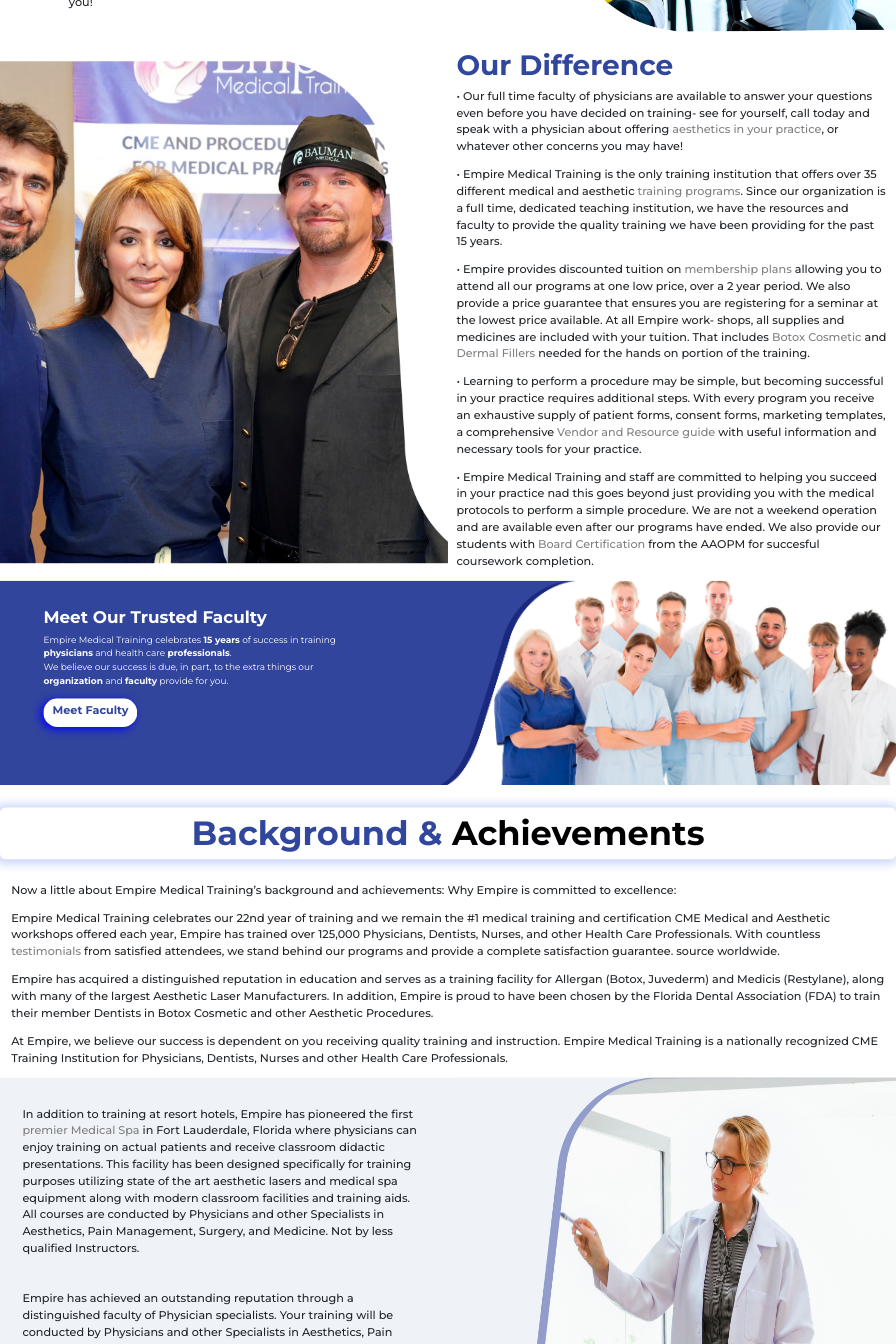
Repository: jorgi710/BODY-CONTOURING-INJECTABLES-AND-ADJUNCT-PROCEDURES
Page: our quarantee/file/public/index.html
The author's editor kept a copy of each file at every save. The page is drawn from the files as they stood at one save, then again after the next save.
The browser window is 1280 px wide. The pictures show the part of the page from y = 1021 to 2941 px (the page is 5599 px tall), at 70% of full size.

Above is the page before, as saved 2021-04-07 07:36:27.

### our quarantee/file/public/index.html
<!DOCTYPE html>
<html lang="en">
  <head>
    <meta charset="UTF-8" />
    <meta http-equiv="X-UA-Compatible" content="IE=edge" />
    <meta name="viewport" content="width=device-width, initial-scale=1.0" />
    <title>Page_3</title>

    <link
      href="https://cdn.jsdelivr.net/npm/bootstrap@5.0.0-beta3/dist/css/bootstrap.min.css"
      rel="stylesheet"
      integrity="sha384-eOJMYsd53ii+scO/bJGFsiCZc+5NDVN2yr8+0RDqr0Ql0h+rP48ckxlpbzKgwra6"
      crossorigin="anonymous"
    />
    <link
      href="https://fonts.googleapis.com/css2?family=Montserrat:wght@400;500;600;700&display=swap"
      rel="stylesheet"
    />
    <link rel="stylesheet" href="css/style.css" />
  </head>
  <body>
    <header>
      <div class="container-fluid m-0 p-0">
        <img src="img/header.jpg" alt="navbar" class="img-fluid m-0 p-0" />
      </div>
    </header>
    <main>
      <section class="section_1">
        <div class="container-fluid">
          <div class="fila-1">
            <div class="row">
              <div class="col-sm-12 col-md-6 text-start">
                <div class="content_section_1">
                  <h1 class="bold mb-3 mt-3">The Empire Medical Training</h1>
                  <img src="img/logo_main.jpg" alt="logo" class="logo" />
                  <p class="medium">
                    Empire is the only teaching institution that offers this
                    extraordinary guarantee: After you have completed your
                    training, if you feel you are not comfortable performing the
                    new procedure or if you believe you need additional
                    training, Empire will provide you with a 1-Day Preceptorship
                    (individual training) at one of our Centers of Excellence.
                  </p>
                  <p class="medium">
                    You will work one on one with one of our teaching faculty in
                    their office perfecting the techniques you just learned and
                    reviewing our many medical “Pearls,” priceless tips we have
                    learned through extensive experience and are now passing
                    onto you!
                  </p>
                </div>
              </div>
              <div class="col-md-6 justify-content-end p-0">
                <img
                  src="img/section_1_1_web.jpg"
                  alt=""
                  class="d-none d-md-block img-fluid"
                />
                <img
                  src="img/section_1_1_mobil.jpg"
                  alt=""
                  class="d-md-none img-fluid mobil"
                />
              </div>
            </div>
          </div>

          <div class="fila-2">
            <div class="row">
              <div class="col-sm-12 col-md-6 p-0 mt-3">
                <img
                  src="img/section_1_2_web.jpg"
                  alt="Our difference"
                  class="d-none d-md-block"
                />
                <img
                  src="img/section_1_2_mobil.jpg"
                  alt=""
                  class="d-md-none mobil"
                />
              </div>
              <div class="col-md-6 text-start">
                <h1 class="bold azul mt-4">Our Difference</h1>
                <p class="medium">
                  • Our full time faculty of physicians are available to answer
                  your questions even before you have decided on training- see
                  for yourself, call today and speak with a physician about
                  offering
                  <span class="claro">aesthetics in your practice</span>, or
                  whatever other concerns you may have!
                </p>
                <p class="medium">
                  • Empire Medical Training is the only training institution
                  that offers over 35 different medical and aesthetic
                  <span class="claro">training programs</span>. Since our
                  organization is a full time, dedicated teaching institution,
                  we have the resources and faculty to provide the quality
                  training we have been providing for the past 15 years.
                </p>
                <p class="medium">
                  • Empire provides discounted tuition on
                  <span class="claro">membership plans</span>
                  allowing you to attend all our programs at one low price, over
                  a 2 year period. We also provide a price guarantee that
                  ensures you are registering for a seminar at the lowest price
                  available. At all Empire work- shops, all supplies and
                  medicines are included with your tuition. That includes
                  <span class="claro">Botox Cosmetic</span> and
                  <span class="claro">Dermal Fillers</span> needed for the hands
                  on portion of the training.
                </p>
                <p class="medium">
                  • Learning to perform a procedure may be simple, but becoming
                  successful in your practice requires additional steps. With
                  every program you receive an exhaustive supply of patient
                  forms, consent forms, marketing templates, a comprehensive
                  <span class="claro">Vendor and Resource guide</span> with
                  useful information and necessary tools for your practice.
                </p>
                <p class="medium">
                  • Empire Medical Training and staff are committed to helping
                  you succeed in your practice nad this goes beyond just
                  providing you with the medical protocols to perform a simple
                  procedure. We are not a weekend operation and are available
                  even after our programs have ended. We also provide our
                  students with
                  <span class="claro"> Board Certification</span> from the AAOPM
                  for succesful coursework completion.
                </p>
              </div>
            </div>
          </div>
        </div>
      </section>
      <section class="section_2">
        <div class="panel">
          <img
            src="img/section_2.jpg"
            alt="Meet Our Trusted Faculty"
            class="img-fluid m-0 p-0 d-none d-md-block"
          />
          <img
            src="img/section_2_mobile.jpg"
            alt="Meet Our Trusted Faculty"
            class="img-fluid m-0 p-0 d-md-none mobil"
          />

          <div class="content d-none d-md-block ">
            <h1 class="bold">Meet Our Trusted Faculty</h1>
            <p class="regular">
              Empire Medical Training celebrates
              <span class="bold">15 years</span> of success in training <br />
              <span class="bold">physicians</span> and health care
              <span class="bold">professionals</span>. <br />
              We believe our success is due, in part, to the extra things our
              <br />
              <span class="bold">organization</span> and
              <span class="bold">faculty</span> provide for you.
            </p>
            <button class="btn">
              <h3 class="bold">Meet Faculty</h3>
            </button>
          </div>
        </div>
        <div class="content_mobil d-md-none mobil">
            <h1 class="bold">Meet Our Trusted Faculty</h1>
            <p class="regular">
              Empire Medical Training celebrates
              <span class="bold">15 years</span> of success in training <br />
              <span class="bold">physicians</span> and health care
              <span class="bold">professionals</span>. <br />
              We believe our success is due, in part, to the extra things our
              <br />
              <span class="bold">organization</span> and
              <span class="bold">faculty</span> provide for you.
            </p>
            <button class="btn m-2">
              <h3 class="bold">Meet Faculty</h3>
            </button>
          </div>
        </div>

      </section>
      <section class="section_3 ">
        <div>
          <h1 class="negro bold">
            <span class="azul">Background &</span> Achievements
          </h1>
          <p class="medium ">
            Now a little about Empire Medical Training’s background and
            achievements: Why Empire is committed to excellence:
          </p>
          <p class="medium ">
            Empire Medical Training celebrates our 22nd year of training and we
            remain the #1 medical training and certification CME Medical and
            Aesthetic workshops offered each year, Empire has trained over
            125,000 Physicians, Dentists, Nurses, and other Health Care
            Professionals. With countless
            <span class="claro">testimonials</span> from satisfied attendees, we
            stand behind our programs and provide a complete satisfaction
            guarantee. source worldwide.
          </p>
          <p class="medium ">
            Empire has acquired a distinguished reputation in education and
            serves as a training facility for Allergan (Botox, Juvederm) and
            Medicis (Restylane), along with many of the largest Aesthetic Laser
            Manufacturers. In addition, Empire is proud to have been chosen by
            the Florida Dental Association (FDA) to train their member Dentists
            in Botox Cosmetic and other Aesthetic Procedures.
          </p>
          <p class="medium ">
            At Empire, we believe our success is dependent on you receiving
            quality training and instruction. Empire Medical Training is a
            nationally recognized CME Training Institution for Physicians,
            Dentists, Nurses and other Health Care Professionals.
          </p>
        </div>
        <div class="row">
          <div class="col-sm-12 col-md-6">
            <p class="medium">
              In addition to training at resort hotels, Empire has pioneered the
              first <span class="claro">premier Medical Spa</span> in Fort
              Lauderdale, Florida where physicians can enjoy training on actual
              patients and receive classroom didactic presentations. This
              facility has been designed specifically for training purposes
              utilizing state of the art aesthetic lasers and medical spa
              equipment along with modern classroom facilities and training
              aids. All courses are conducted by Physicians and other
              Specialists in Aesthetics, Pain Management, Surgery, and Medicine.
              Not by less qualified Instructors.
            </p>
            <p class="medium">
              Empire has achieved an outstanding reputation through a
              distinguished faculty of Physician specialists. Your training will
              be conducted by Physicians and other Specialists in Aesthetics,
              Pain Management, Surgery, and Medicine. We believe it is important
              for attendees to be exposed to a faculty of instructors for a more
              complete understanding of the topic, rather than just 1 part time
              physician or nurse instructor like many training companies do.
              Beware of start up seminar companies who employ less qualified
              personnel for your training, or local doctors’ offices with
              impressive web sites looking to supplement their income by
              offering inferior or incomplete training as a side job.
            </p>
          </div>
          <div class="col-sm-12 col-md-6">
            <img
              src="img/section_3_web.jpg"
              alt="background achievements"
              class="d-none d-md-block img-fluid"
            />
            <img
              src="img/section_3_mobil.jpg"
              alt="background achievements"
              class="d-md-none"
            />
          </div>
        </div>
      </section>
      <section class="section_4 mt-2">
        <img src="img/section_4.jpg" alt="aesthetics starter kit" />
      </section>
      <section class="section_5">
        <div class="row">
          <div class="col-sm-12 col-md-6">
            <img
              src="img/section_5_web.jpg"
              alt="empire"
              class="d-none d-md-block"
            />
            <img
              src="img/section_5_mobile.jpg"
              alt="empire"
              class="d-md-none"
            />
          </div>
          <div class="col-md-6">
            <h1 class="bold">
              The Programs at Empire are Actually
              <span class="azul p-1" style="box-shadow: inset 1px 0px 9px 0px #aaa; border-radius: 0.4rem;">Hands On</span>
            </h1>
            <p class="medium">
              Many seminar companies claim you will receive hands on training
              but they can not, or, are not qualified to provide this
              experience. During our Aesthetic Programs, Empire attendees will
              inject live patients with real, authentic products – not saline)
              and perform other procedures depending on the topic. During other
              esthetic training and our medical procedures’ training, attendees
              will work on
              <span class="claro">Cadavers from the Medical School</span>
              University lab along with volunteer patients and models.
            </p>
            <p class="medium">
              Empire works with a variety of the largest medical equipment
              manufacturers to help provide the training which requires
              equipment usage, i.e. Aesthetic Lasers and Supplies, Ultrasound, X
              Ray, etc. This variety is essential for attendees to gain a
              complete understanding of the technologies available rather than
              just a limited exposure. You will never see only 1 or 2 laser
              manufacturers at our programs. Beware of training institutions who
              have arrangements with only 1 or 2 vendors.
            </p>
          </div>
        </div>
        <p class="medium last">
          Deciding on where you receive you training is an important decision
          and should be made carefully. Make sure your instructors are Physician
          Specialists in their field, i.e. Plastic Surgery and are part of a
          faculty of the institution. Simply reading some instructions is not
          enough, quality instruction means going beyond the technical details
          and into the <span class="claro">“pearls”</span> that make your
          patients happy and give you the reputation you want. Beware of less
          qualified personnel. Be sure the training institution is dedicated to
          training and not a part time doctors office/ seminar company. Make
          sure the programs are fully accredited by a medical academy and not
          “co sponsored” by another institution. Most importantly, beware of
          unrealistic promises and look for training that can and will provide
          Hands- On experience. There is no other effective way to learn
          procedural skills. Empire Medical Training is dedicated to your
          success and we encourage you to ask questions with whomever you decide
          to be trained by.
        </p>
      </section>
    </main>
    <footer>
      <img src="img/footer.jpg" alt="footer" class="img-fluid" />
    </footer>
  </body>
</html>

### our quarantee/file/public/css/style.css
@import url("https://fonts.googleapis.com/css2?family=Montserrat:wght@400;500;600;500&display=swap");
* {
  box-sizing: border-box;
  font-family: var(--fuente);
}
header,
section {
  overflow-x: hidden;
}
:root {
  --fuente: "Montserrat", cursive;
  --azul: #31469d;
  --clarito: #808080;
  --negro: #000000;
  --regular: 400;
  --medium: 500;
  --semi_bold: 600;
  --bold: 500;
}
.regular {
  font-weight: 400;
}
.medium {
  font-weight: 500;
}
.semi {
  font-weight: 600;
}
.bold {
  font-weight: 700;
}
.azul {
  color: #31469d;
}
.claro {
  color: #808080;
}
.negro {
  color: #000000;
}
header .img {
  width: 100%;
}
/* .section_1 .fila-1 .row .col-md-6 .content_section_1 {
  padding: 4vmin 1vmin;
  padding-bottom: 2vmin;
  padding-left: 12vmin;
} */

/* section_1 */

/* web */
.section_1 .fila-1 .row .col-md-6 .content_section_1 {
  padding: 4vmin 1vmin;
  padding-bottom: 2vmin;
  padding-left: 12vmin;
}
.section_1 .fila-1 .row .col-md-6 img {
  width: 100%;
  height: 100%;
  object-fit: cover;
}
.section_1 .fila-1 .row .col-md-6 h1 {
  font-size: 1.8rem;
}
.section_1 .fila-1 .row .col-md-6 .logo {
  width: 70%;
  padding-left: 10vmin;
}
/* Tablet */
@media screen and (min-width: 780px) and (max-width: 1200px) {
  .section_1 .fila-1 .row .col-md-6 .content_section_1 {
    padding: 4vmin 1vmin;
    padding-bottom: 2vmin;
    padding-left: 12vmin;
  }
  .section_1 .fila-1 .row .col-md-6 h1 {
    font-size: 1.5rem;
  }
  .section_1 .fila-1 .row .col-md-6 img {
    object-fit: cover;
    z-index: 1;
  }
  .section_1 .fila-1 .row .col-md-6 .logo {
    width: 70%;
    padding-left: 10vmin;
  }
}
/* Mobile */
@media screen and (min-width: 0) and (max-width: 760px) {
  .section_1 .fila-1 .row .col-md-6 .content_section_1 {
    padding: 0;
    box-shadow: 1px 2px 9px 6px #aaa;
  }
  .section_1 .fila-1 .row .col-md-6 h1 {
    font-size: 1.8rem;
    text-align: center;
  }
  .section_1 .fila-1 .row .col-md-6 .mobil {
    box-shadow: -2px 1px 13px 6px #aaa;
  }
  .section_1 .fila-1 .row .col-md-6 .logo {
    width: 76%;
    padding-left: 22vmin;
  }
  .section_1 .fila-1 .row .col-md-6 p {
    font-size: 1rem;
    text-align: justify;
    padding: 4px 5px;
  }
}
/* section_1_Part_2 */

/* web */
.section_1 .fila-2 .row .col-md-6 img {
  width: 100%;
  height: 100%;
  object-fit: none;
}
.section_1 .fila-1 .row .col-md-6 h1 {
  font-size: 1.8rem;
}
/* Tablet */
@media screen and (min-width: 780px) and (max-width: 1200px) {
  .section_1 .fila-2 .row .col-md-6 h1 {
    font-size: 1.5rem;
  }
  .section_1 .fila-2 .row .col-md-6 img {
    object-fit: cover;
    box-shadow: -2px 1px 13px 6px #31469d;
    border-radius: 1rem;
  }
}
/* Mobile */
@media screen and (min-width: 0) and (max-width: 760px) {
  .section_1 .fila-1 .row .col-md-6 .content_section_1 {
    padding: 0;
    box-shadow: 1px 2px 9px 6px #aaa;
  }
  .section_1 .fila-2 .row .col-md-6 h1 {
    font-size: 2rem;
    text-align: center;
  }
  .section_1 .fila-2 .row .col-md-6 .mobil {
    box-shadow: -2px 1px 13px 6px #bac6f8;
    object-fit: cover;
  }
  .section_1 .fila-2 .row .col-md-6 p {
    font-size: 1rem;
    text-align: justify;
    padding: 4px 5px;
    box-shadow: -2px 1px 13px 6px #ccd6fc;
    border-radius: 0.5rem;
  }
}
/* section_2 */
/* web */
.section_2 .panel {
  position: relative;
}
.section_2 .content h1 {
  font-size: 1.5rem;
}
.section_2 .content p {
  font-size: 0.8rem;
}
.section_2 .content h3 {
  font-size: 1rem;
}
.section_2 .content {
  position: absolute;
  color: white;
  top: 38px;
  right: 800px;
}
.section_2 .content button {
  background-color: white;
  border-radius: 1.5rem;
  box-shadow: -4px 3px 13px 0px blue;
  color: #31469d;
  font-weight: 700;
}
/* Tablet */
@media screen and (min-width: 780px) and (max-width: 1200px) {
  .section_2 .panel {
    position: relative;
  }
  .section_2 .content h1 {
    font-size: 1.5rem;
  }
  .section_2 .content p {
    font-size: 0.5rem;
  }
  .section_2 .content h3 {
    font-size: 1rem;
  }
  .section_2 .content {
    position: absolute;
    color: white;
    top: 34px;
  }
  .section_2 .content button {
    background-color: white;
    border-radius: 1.5rem;
    box-shadow: -4px 3px 13px 0px blue;
    color: #31469d;
    font-weight: 700;
  }
}
/* Mobile */
@media screen and (min-width: 0) and (max-width: 760px) {
  .section_2 .content_mobil {
    background-color: #31469d;
    color: white;
    text-align: center;
  }
  .section_2 .content_mobil button {
    background-color: white;
    border-radius: 1.5rem;
    box-shadow: -4px 3px 13px 0px blue;
    color: #31469d;
    font-weight: 700;
  }
  .section_2 .content_mobil p {
    font-size: 0.5rem;
  }
  .section_2 .content_mobil h3 {
    font-size: 1rem;
  }
  .section_2 .content_mobil h1 {
    font-size: 1rem;
  }
}
/* section_3_Part_1*/

/* web */
.section_3 h1 {
  font-size: 3rem;
  text-align: center;
  margin: 2rem 0;
  padding: 0.5rem 0;
  box-shadow: -2px 1px 13px 6px #ccd6fc;
  border-radius: 0.5rem;
}
.section_3 p {
  font-size: 1rem;
  padding: 0 1rem;
}
/* Mobile */
@media screen and (min-width: 0) and (max-width: 760px) {
  .section_3 h1 {
    font-size: 1.4rem;
    text-align: center;
    margin: 2rem 0;
    padding: 0.5rem 0;
    box-shadow: -2px 1px 13px 6px #ccd6fc;
    border-radius: 0.5rem;
  }
  .section_3 p {
    font-size: 1rem;
    padding: 0 1rem;
    text-align: justify;
  }
}
/* section_3_Part_2*/
/* web */
.section_3 .row .col-md-6 {
  background-color: #eff3f8;
}
.section_3 .row .col-md-6 p {
  font-size: 1rem;
  text-align: start;
  margin: 2rem 2rem;
  padding: 0.5rem 0;
  box-shadow: -2px 1px 13px 6px #eff3f8;
  border-radius: 0.5rem;
}
.section_3 .row .col-md-6 img {
  width: 100%;
  height: 100%;
}

/* Tablet */
@media screen and (min-width: 780px) and (max-width: 1200px) {
  .section_3 .row .col-md-6 {
    background-color: #eff3f8;
  }
  .section_3 .row .col-md-6 p {
    font-size: 1rem;
    text-align: start;
    margin: 2rem 2rem;
    padding: 0.5rem 0;
    box-shadow: -2px 1px 13px 6px #eff3f8;
    border-radius: 0.5rem;
  }
  .section_3 .row .col-md-6 img {
    box-shadow: -2px 1px 13px 6px #bac6f8;
    object-fit: cover;
  }
}

/* Mobile */
@media screen and (min-width: 0) and (max-width: 760px) {
  .section_3 .row .col-md-6 {
    background-color: white;
  }
  .section_3 .row .col-md-6 p {
    font-size: 1rem;
    text-align: start;
    padding: 0.2rem;
    box-shadow: -2px 1px 13px 6px #eff3f8;
    border-radius: 0.5rem;
  }
  .section_3 .row .col-md-6 img {
    box-shadow: -2px 1px 13px 6px #31469d;
    object-fit: cover;
  }
}
/* section_4*/
.section_4 img {
  width: 100%;
  box-shadow: -2px 1px 13px 6px #31469d;
}
/* section_5*/
/* web */
.section_5 .row .col-md-6 img {
  width: 100%;
  height: 100%;
}
.section_5 .row .col-md-6 h1 {
  font-size: 2rem;
}

/* Tablet */
@media screen and (min-width: 780px) and (max-width: 1200px) {
  .section_5 .row .col-md-6 img {
    width: 100%;
    height: 100%;
    object-fit: cover;
  }
}
/* Mobile */
@media screen and (min-width: 0) and (max-width: 760px) {
  .section_5 .row .col-md-6 img {
    width: 100%;
    height: 100%;
    object-fit: cover;
  }
  .section_5 .row .col-md-6 h1 {
    font-size: 1.5rem;
    margin: 1rem 0;
    padding: 0 1rem;
    align-items: center;
  }
  .section_5 .row .col-md-6 p {
    font-size: 1rem;
    margin: 1rem 0;
    padding: 0 1rem;
    align-items: center;
  }
}
/* section_5_parte_2*/
.section_5 .last {
  font-size: 1rem;
  margin: 1rem 0;
  padding: 0 1rem;
  align-items: center;
}

After the next save:
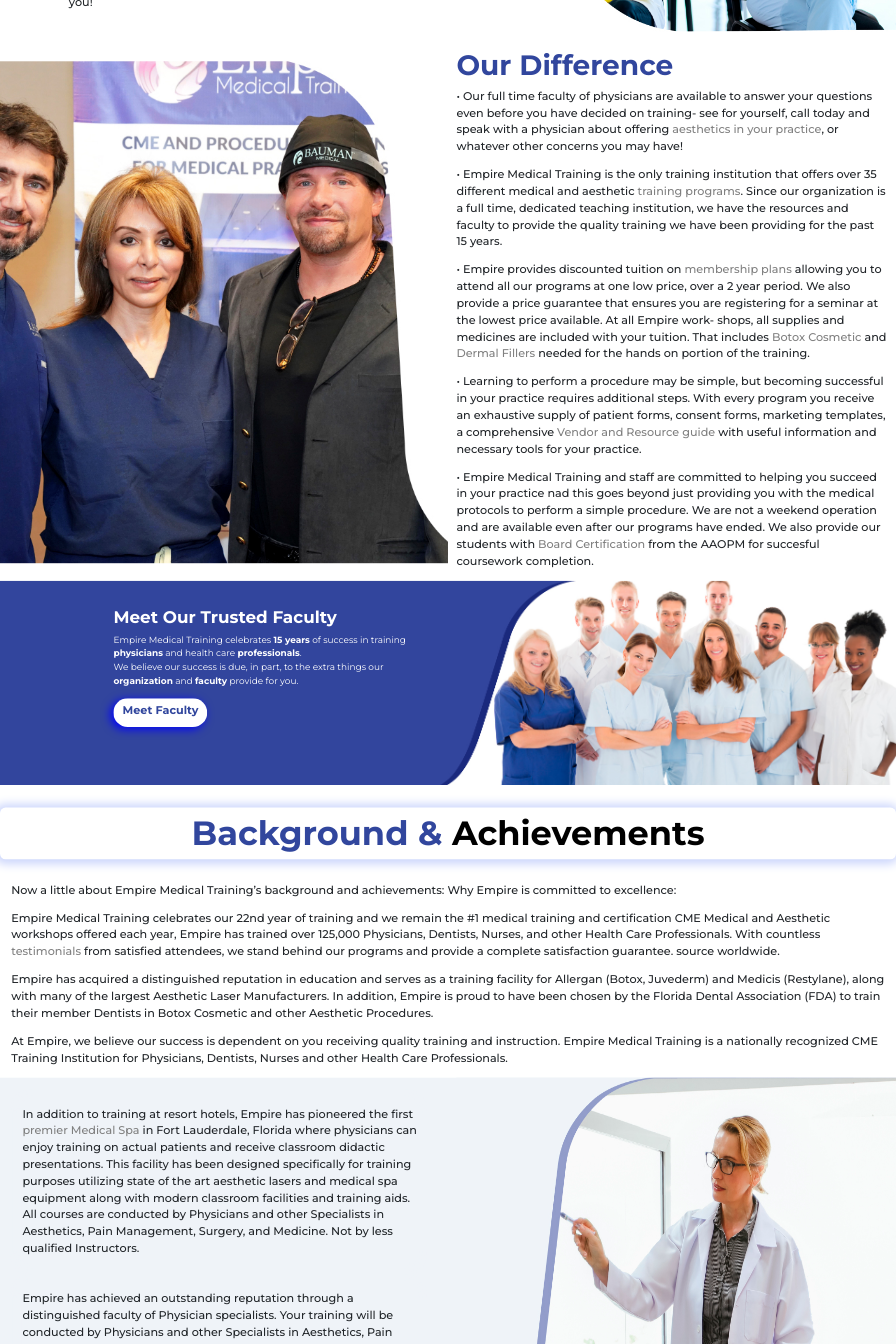
Saved 4 min 1 s later.
--- a/our quarantee/file/public/css/style.css
+++ b/our quarantee/file/public/css/style.css
@@ -171,7 +171,7 @@
   position: absolute;
   color: white;
   top: 38px;
-  right: 800px;
+  right: 700px;
 }
 .section_2 .content button {
   background-color: white;
